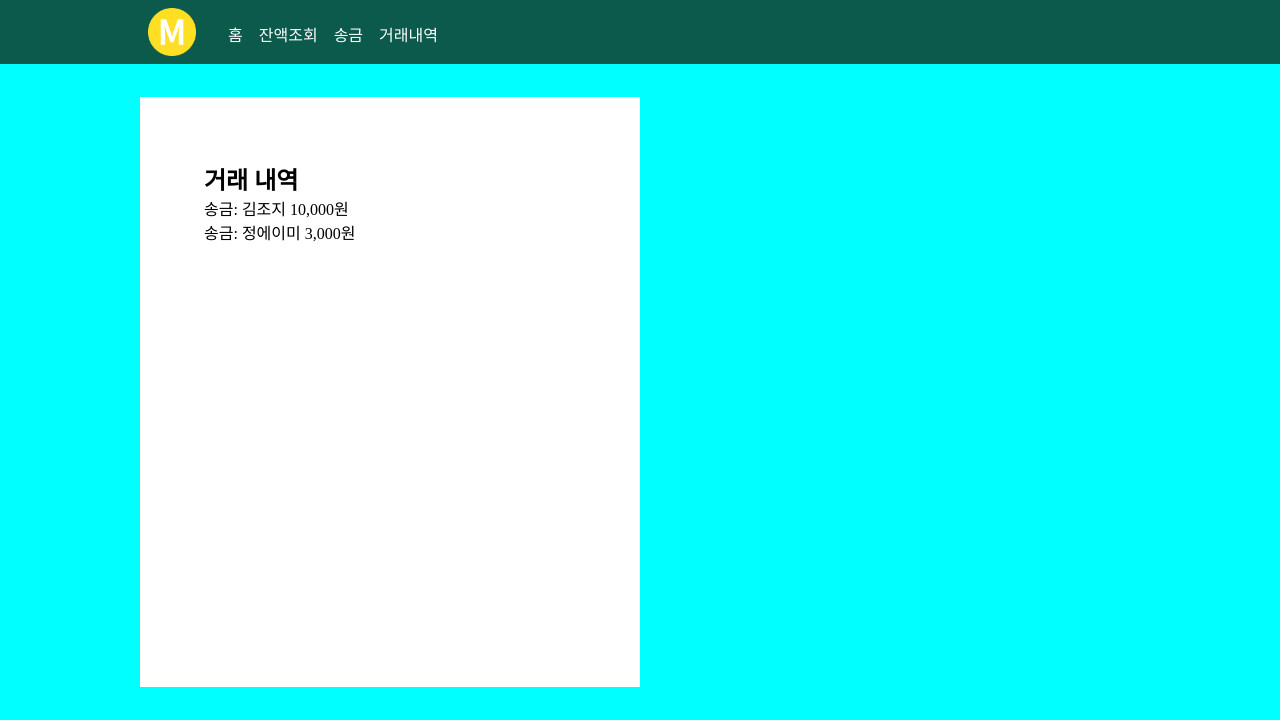
Repository: JiNookk/makaobank
Page: week06/makaoBank/transaction.html
An editor plug-in stored every save of this project. The page is shown before and after the next save, followed by the edit.
The browser window is 1280 px wide. The pictures show the whole page.

Above is the page before, as saved 2022-09-13 17:26:53.

After the next save:
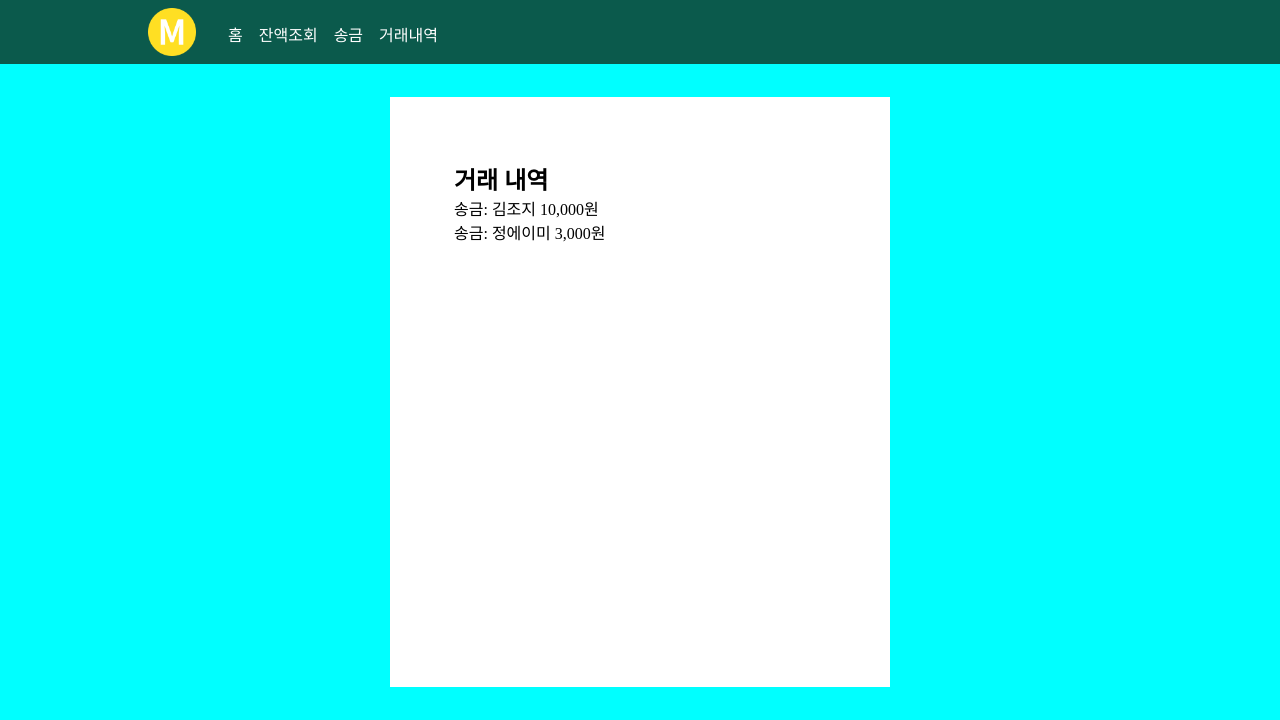
Saved 12 s later.
--- a/week06/makaoBank/css/layout.css
+++ b/week06/makaoBank/css/layout.css
@@ -51,7 +51,7 @@ nav *{
 
 main{
     display: flex;
-    align-items: center;
+    justify-content: center;
     grid-area: main;
 }
 
